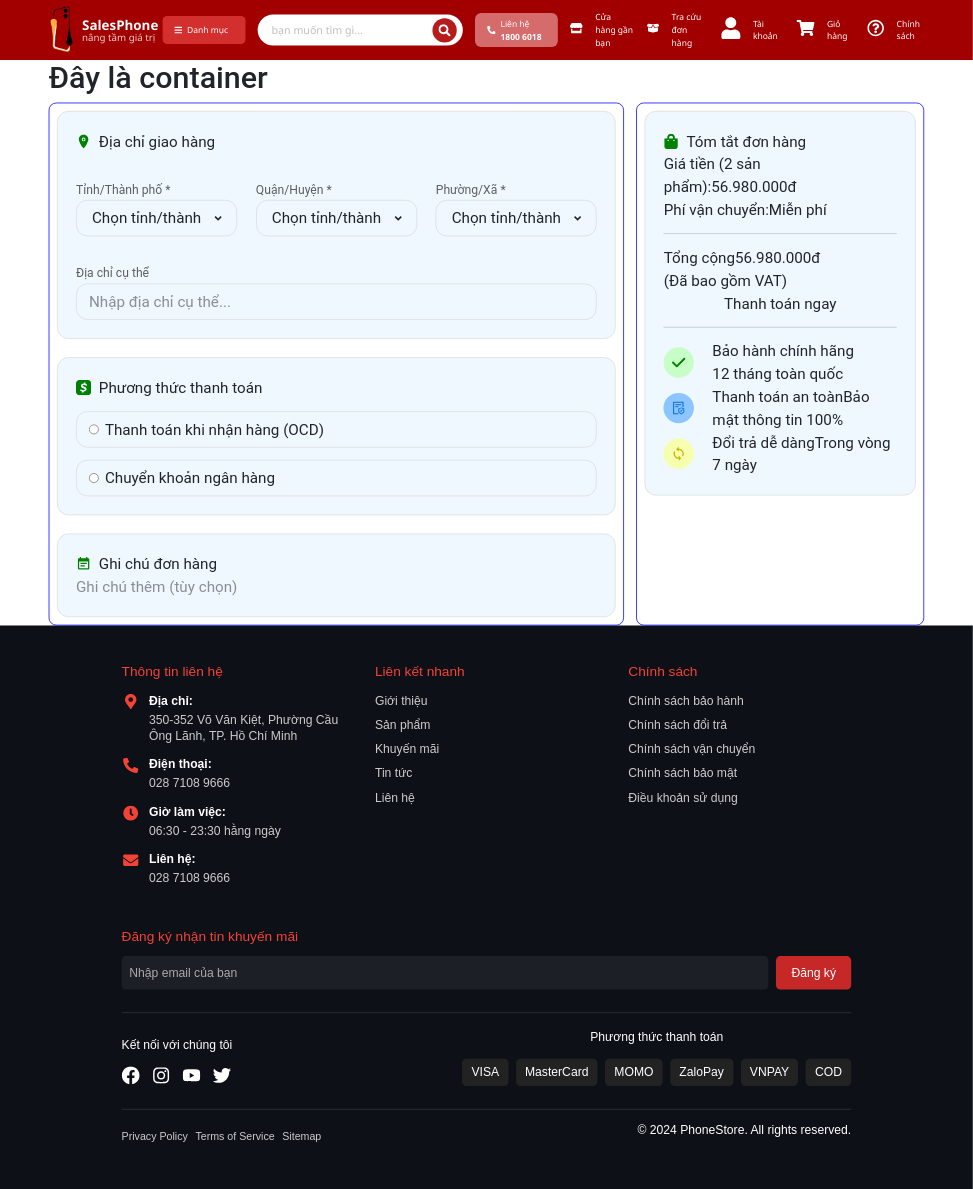
Repository: nguyenhuuluanTTB/cn-da22ttb-nguyenhuuluan-website_salesphone-nextjs_nodejs
Page: /order (app in Project_SalesPhone/client/salesphone/)
The author's editor kept a copy of each file at every save. The page is drawn from the files as they stood at one save, then again after the next save.
The browser window is 1280 px wide. The pictures show the whole page, at 76% of full size.
The project was rebuilt for these pictures with package versions that can differ from the ones it lists, and the page was loaded fresh each time. The framework's server and built-in components were replaced by stand-ins that run in the browser. Also part of the build but not shown: Project_SalesPhone/client/salesphone/next.config.ts.

Above is the page before, as saved 2025-12-02 01:24:28.

### Project_SalesPhone/client/salesphone/app/layout.tsx

import "./globals.css";
import Header from "./components/Header/Header";
import Footer from "./components/Footer/Footer";


import 'bootstrap/dist/css/bootstrap.min.css';


export const metadata = {
  title: "SalesPhone",
  description: "Website bán điện thoại",
};

export default function RootLayout({
  children,
}: {
  children: React.ReactNode;
}) {
  return (
    <html lang="vi">
      <body>
        {/* Thêm Header ở đây */}
        <Header />

        {/* Nội dung trang */}
        {children}
        <Footer />
      </body>
    </html>
  );
}

### Project_SalesPhone/client/salesphone/app/components/Header/Header.tsx
import Link from "next/link";
import Image from "next/image";
import { FaBars, FaPhoneAlt, FaStore, FaBoxOpen, FaUser, FaShoppingCart, FaSearch, FaRegQuestionCircle } from "react-icons/fa";
import styles from "./Header.module.scss";
import logo from "./asset/logo.png";

export default function Header () {
    return(
        <header className={styles.header}>

        <div className={styles.container}>
        {/* Logo */}
        <div className={styles.logo_category}>

            {/* Danh mục */}
            <button className={styles.categoryBtn}>
                <FaBars />
                <span>Danh mục</span>
            </button>

             <div className={styles.logo}>
                <Image src={logo} alt="SalesPhone Logo" width={40} height={40} />
                <div className={styles.logoText}>
                    <span className={styles.brand}>SalesPhone</span>
                    <span className={styles.slogan}>nâng tầm giá trị</span>
                </div>


            </div>

             <Link href="#" className={`${styles.navItem} ${styles.giohang}`}>
                  <FaShoppingCart />
            </Link>

        </div>




        {/* Ô tìm kiếm */}
        <div className={styles.searchBox}>
          <input type="text" placeholder="bạn muốn tìm gì..." />
          <button className={styles.searchBtn}>
            <FaSearch />
          </button>
        </div>

        {/* Liên hệ */}
        <div className={styles.contact}>
          <FaPhoneAlt />
          <div>
            <span>Liên hệ</span> <br/>
            <strong>1800 6018</strong>
          </div>
        </div>



        {/* Các icon chức năng */}
        <nav className={styles.nav}>
          <Link href="#" className={`${styles.navItem} ${styles.cuahangganban}`}>
            <FaStore />
            <span>Cửa hàng gần bạn</span>
          </Link>
          <Link href="#" className={`${styles.navItem} ${styles.tracuudonhang}`}>
            <FaBoxOpen />
            <span>Tra cứu đơn hàng</span>
          </Link>
          <Link href="#" className={`${styles.navItem} ${styles.taikhoan}`}>
            <FaUser />
            <span>Tài khoản</span>
          </Link>
          <Link href="#" className={`${styles.navItem} `}>
            <FaShoppingCart />
            <span>Giỏ hàng</span>
          </Link>
          <Link href="#" className={`${styles.navItem} ${styles.chinhsach}`}>
            <FaRegQuestionCircle />
            <span>Chính sách</span>
          </Link>
        </nav>
      </div>



        </header>



    );
}

### Project_SalesPhone/client/salesphone/app/components/Footer/Footer.tsx
import React from "react";
import styles from "./Footer.module.scss";


import {
  FaFacebook ,
  FaInstagram,
  FaYoutube,
  FaTwitter,
  FaMapMarkerAlt,
  FaPhoneAlt,
  FaClock,
  FaEnvelope,
} from "react-icons/fa";

export default function Footer() {
  return (
    <footer className={styles.footer}>
      <div className={styles.container}>
        {/* --- Thông tin liên hệ --- */}
        <div className={styles.column}>
          <h3 className={styles.title}>Thông tin liên hệ</h3>

          <div className={styles.infoItem}>
            <FaMapMarkerAlt className={styles.icon} />
            <div>
              <strong>Địa chỉ:</strong>
              <p>350-352 Võ Văn Kiệt, Phường Cầu Ông Lãnh, TP. Hồ Chí Minh</p>
            </div>
          </div>

          <div className={styles.infoItem}>
            <FaPhoneAlt className={styles.icon} />
            <div>
              <strong>Điện thoại:</strong>
              <p>028 7108 9666</p>
            </div>
          </div>

          <div className={styles.infoItem}>
            <FaClock className={styles.icon} />
            <div>
              <strong>Giờ làm việc:</strong>
              <p>06:30 - 23:30 hằng ngày</p>
            </div>
          </div>

          <div className={styles.infoItem}>
            <FaEnvelope className={styles.icon} />
            <div>
              <strong>Liên hệ:</strong>
              <p>028 7108 9666</p>
            </div>
          </div>
        </div>

        {/* --- Liên kết nhanh --- */}
        <div className={styles.column}>
          <h3 className={styles.title}>Liên kết nhanh</h3>
          <ul>
            <li>Giới thiệu</li>
            <li>Sản phẩm</li>
            <li>Khuyến mãi</li>
            <li>Tin tức</li>
            <li>Liên hệ</li>
          </ul>
        </div>

        {/* --- Chính sách --- */}
        <div className={styles.column}>
          <h3 className={styles.title}>Chính sách</h3>
          <ul>
            <li>Chính sách bảo hành</li>
            <li>Chính sách đổi trả</li>
            <li>Chính sách vận chuyển</li>
            <li>Chính sách bảo mật</li>
            <li>Điều khoản sử dụng</li>
          </ul>
        </div>

        {/* --- Đăng ký nhận tin --- */}
        <div className={styles.column}>
          <h3 className={styles.title}>Đăng ký nhận tin khuyến mãi</h3>
          <div className={styles.subscribe}>
            <input type="email" placeholder="Nhập email của bạn" />
            <button>Đăng ký</button>
          </div>
        </div>
      </div>

      {/* --- Mạng xã hội --- */}
      <div className={styles.social_payment}>
          <div className={styles.social}>
            <p>Kết nối với chúng tôi</p>
            <div style={{display: 'flex', flexDirection: 'row', gap: '1rem', fontSize: '18pt'}}>
              <FaFacebook  />
              <FaInstagram />
              <FaYoutube />
              <FaTwitter />
            </div>

          </div>

          {/* --- Phương thức thanh toán --- */}
          <div className={styles.payment}>
            <p>Phương thức thanh toán</p>
            <div className={styles.methods}>
              <span>VISA</span>
              <span>MasterCard</span>
              <span>MOMO</span>
              <span>ZaloPay</span>
              <span>VNPAY</span>
              <span>COD</span>
            </div>
          </div>
      </div>


      {/* --- Footer bottom --- */}
      <div className={styles.bottom}>
        <p>© 2024 PhoneStore. All rights reserved.</p>
        <div className={styles.links}>
          <a href="#">Privacy Policy</a>
          <a href="#">Terms of Service</a>
          <a href="#">Sitemap</a>
        </div>
      </div>
    </footer>
  );
}

### Project_SalesPhone/client/salesphone/app/order/order.module.scss
.order{
    font-family: 'Roboto', sans-serif;
    padding: 0 4rem;
}


.gridContainer{
    display: grid;
    grid-template-columns: minimax(450, 2fr) minimax(200px, 1fr);
    gap: 1rem;
    min-width: 320px;
    margin: 0 auto;

    grid-template-areas: "item1 item2";
}

.item:nth-child(1) {grid-area: item1;}
.item:nth-child(2) {grid-area: item2;}

.item{
    font-size: 20px;
    padding: 10px;
    border-radius: 10px;
    min-width: 200px;
    border: 1px solid blue;
}

@media (max-width: 1600px) {
  .gridContainer {
    // grid-template-columns: repeat(2, 1fr);
    grid-template-columns: minmax(450px, 2fr) minmax(200px, 1fr);
    grid-template-areas:
      "item1 item2";
  }
}

@media (max-width: 1200px) {
    .gridContainer{
        grid-template-columns: 1fr;
        grid-template-areas:
            "item1"
            "item2";
    }
}

.item1{
    gap: 1.5rem;
    display: flex;
    flex-direction: column;
}


.diachigiaohang{
    display: flex;
    flex-direction: row;
    justify-content: space-between;
    margin: 2rem 0;
}

.title_location{
    display: flex;
    flex-direction: row;
    align-items: center;
    gap: 10px;
}

.thongtindiachi{
    background-color: aliceblue;
    border: solid 1px gainsboro;
    padding: 1.5rem;
    border-radius: 15px;
}

.tinh, .quan, .phuong{
    border: solid 1px gainsboro;
    padding: 0.5rem 1rem;
    border-radius: 15px;
}

.diachicuthe{
    border: solid 1px gainsboro;
    padding: 0.5rem 1rem;
    border-radius: 15px;
    width: 100%;
}

//Phần lựa chọn thanh toán
.typecash{
    display: flex;
    border-radius: 15px;
    padding: 0.5rem 1rem;
    border: solid 1px gainsboro;
    gap: 0.5rem;
}

.luachonthanhtoan{
    margin-top: 1rem;
    gap: 1rem;
    display: flex;
    flex-direction: column;
}


//đơn hàng
.donhang{
    display: flex;
    flex-direction: column;
    background-color: aliceblue;
    border: solid 1px gainsboro;
    padding: 1.5rem;
    border-radius: 15px;
}




.baohanh, .ttat, .doitra{
    display: flex;
    flex-direction: row;
    align-items: center;
    justify-content: start;
    gap: 1.5rem;

    .baohanh_icon{
        color: green;
        background: rgb(199, 254, 199);
        border-radius: 20px;
        padding: 10px;
    }

    .baohanh_content{
        flex-direction: column;
        display: flex;
    }
}

.ttat_icon{
    color: rgb(0, 111, 221);
    background: rgb(140, 197, 255);
    border-radius: 20px;
    padding: 10px;
}

.doitra_icon{
    color: rgb(200, 184, 1);
    background: rgb(245, 255, 173);
    border-radius: 20px;
    padding: 10px;
}

### Project_SalesPhone/client/salesphone/app/components/Header/Header.module.scss
.header {
  background-color: #a20000;
  color: white;
  padding: 8px 20px;
  font-family: "Segoe UI", sans-serif;
}

.container {
  max-width: 1200px; /* Giới hạn chiều rộng */
  margin: 0 auto; /* Căn giữa */
  display: flex;
  align-items: center;
  justify-content: space-between;
  gap: 16px;
  padding: 0 20px; /* thêm khoảng trống 2 bên */
}


.logo {
  display: flex;
  align-items: center;
  gap: 8px;

  .logoText {
    display: flex;
    flex-direction: column;
    line-height: 1.1;

    .brand {
      font-size: 1.1rem;
      font-weight: bold;
    }

    .slogan {
      font-size: 0.8rem;
      opacity: 0.8;
    }
  }
}

.logo_category{
    display: flex;
    align-items: center;
}


.categoryBtn {
  display: flex;
  align-items: center;
  gap: 6px;
  background-color: #d32f2f;
  border: none;
  color: white;
  padding: 10px 15px;
  border-radius: 6px;
  cursor: pointer;
  font-size: 0.7rem;
  margin-left: 30px;
  width: 125px;
  &:hover {
    background-color: #b71c1c;
  }
}

.searchBox {
  display: flex;
  align-items: center;
  background: #fff;
  border-radius: 9999px; /* Bo tròn */
  padding: 4px 8px;
  width: 350px;
  transition: all 0.2s ease;
  color: gray;
  input {
    flex: 1;
    border: none;
    outline: none;
    font-size: 14px;
    padding: 6px 10px;
    background: transparent;
  }

  button {
    border: none;
    background: #b71c1c; /* màu đỏ chủ đạo */
    color: white;
    border-radius: 50%;
    width: 32px;
    height: 32px;
    display: flex;
    align-items: center;
    justify-content: center;
    cursor: pointer;
    transition: background 0.2s ease;
  }

  button:hover {
    background: #d32f2f; /* đỏ sáng hơn khi hover */
  }

  &:focus-within {
    box-shadow: 0 0 0 2px #ffcdd2; /* hiệu ứng khi nhập */
  }
}


.contact {
  display: flex;
  align-items: center;
  gap: 6px;
  background-color: #d66b6b;
  border-radius: 8px;
  padding: 6px 16px;
  width: 140px;
  font-size: 0.7rem;

  strong {
    display: block;
  }
}

.nav {
  display: flex;
  align-items: center;
  gap: 18px;

  .navItem {
    display: flex;
    flex-direction: row;
    align-items: center;
    color: white;
    font-size: 0.7rem;
    text-decoration: none;
    transition: opacity 0.2s;
    gap: 1rem;

    svg {
      font-size: 2rem;
      margin-bottom: 4px;
    }

    &:hover {
      opacity: 0.8;
    }

  }
}

.giohang svg{
  display: none;
}

.logo_category{
  display: flex;
  flex-direction: row-reverse;
}

/* --------------------------- */
/* RESPONSIVE - MOBILE VERSION */
/* --------------------------- */

@media (max-width: 1095px) {
  .container {
    flex-wrap: wrap;
    justify-content: space-between;
    gap: 12px;
  }

  .categoryBtn span {
    display: none; /* Ẩn chữ Danh mục */
  }

  .contact,
  .nav {
    display: none; /* Ẩn các phần không cần ở mobile */
  }

  .searchBox {
    width: 100%;
    order: 3; /* Đưa xuống hàng dưới cùng */
    max-width: none;
  }

  .logo {
    flex: 1;
    justify-content: center;
  }

  .categoryBtn,
  .logo,
  .navItem:last-child {
    flex-shrink: 0;
  }

  /* Giỏ hàng giữ bên phải */
  .nav {
    display: flex;
    justify-content: flex-end;
    flex: 1;
  }

  .navItem span {
    display: none; /* Ẩn chữ, chỉ giữ icon */
  }

  .navItem svg {
    font-size: 1.4rem;
  }

  .logo_category{
      width: 100%;
      display: flex;
      align-items: center;
      flex-direction: row;
  }

  .navItem svg{
    display: none;
  }

  .categoryBtn{
    width: 50px;
    height: 50px;
    font-size: 1.3rem;
  }

  .cuahangganban svg, .tracuudonhang svg, .taikhoan svg, .chinhsach svg{
    display: none;
  }

  .giohang svg{
    display: block;
    font-size: 2rem;
  }

  .categoryBtn {
    margin-left: 0;
  }
}

### Project_SalesPhone/client/salesphone/app/components/Footer/Footer.module.scss
.footer {
  background-color: #0d1117;
  color: #fff;
  padding: 50px 10rem;
  font-family: sans-serif;
}

.container {
  display: flex;
  flex-wrap: wrap;
  justify-content: space-between;
  gap: 40px;
  border-bottom: 1px solid #333;
  padding-bottom: 30px;
}

.column {
  flex: 1;
  min-width: 240px;
}

.title {
  color: #f44336;
  font-size: 18px;
  margin-bottom: 15px;
}

/* --- Thông tin liên hệ --- */
.infoItem {
  display: flex;
  align-items: flex-start;
  gap: 12px;
  margin-bottom: 12px;
}

.icon {
  font-size: 20px;
  color: #f44336;
  min-width: 24px;
  margin-top: 3px;
}

.infoItem p {
  margin: 2px 0;
  color: #ccc;
  line-height: 1.4;
}

/* --- Liên kết --- */
.column ul {
  list-style: none;
  padding: 0;
}

.column ul li {
  margin: 8px 0;
  cursor: pointer;
  transition: color 0.2s ease;
  color: #ccc;
}

.column ul li:hover {
  color: #f44336;
}

/* --- Đăng ký --- */
.subscribe {
  display: flex;
  gap: 10px;
  margin-top: 10px;
}

.subscribe input {
  flex: 1;
  padding: 10px;
  border: none;
  border-radius: 6px;
  background: #1c1f26;
  color: #fff;
}

.subscribe input::placeholder {
  color: #aaa;
}

.subscribe button {
  background-color: #c62828;
  color: #fff;
  border: none;
  padding: 10px 20px;
  border-radius: 6px;
  cursor: pointer;
  transition: background 0.3s;
}

.subscribe button:hover {
  background-color: #e53935;
}

.social_payment{
    display: flex;
    flex-direction: row;
    justify-content: space-between;
}

/* --- Mạng xã hội --- */
.social {
  text-align: center;
  margin-top: 30px;
}

.icons {
  display: flex;
  justify-content: center;
  gap: 15px;
  margin-top: 10px;

}

.icons svg {
  background: #222;
  padding: 10px;
  border-radius: 50%;
  font-size: 18px;
  cursor: pointer;
  transition: all 0.3s ease;
}

.icons svg:hover {
  background: #f44336;
  transform: scale(1.1);
}

/* --- Thanh toán --- */
.payment {
  text-align: center;
  margin-top: 20px;
}

.methods {
  display: flex;
  justify-content: center;
  flex-wrap: wrap;
  gap: 10px;
  margin-top: 10px;
}

.methods span {
  background: #222;
  padding: 6px 12px;
  border-radius: 6px;
}

/* --- Dưới cùng --- */
.bottom {
  border-top: 1px solid #333;
  margin-top: 30px;
  padding-top: 15px;
  display: flex;
  flex-direction: row-reverse;
  justify-content: space-between;
  align-items: center;
  gap: 5px;
}

.links {
  display: flex;
  gap: 10px;
}

.links a {
  color: #ccc;
  text-decoration: none;
  font-size: 14px;
  transition: color 0.2s ease;
}

.links a:hover {
  color: #f44336;
}

/* --- Responsive --- */
@media (max-width: 768px) {
  .container {
    flex-direction: column;
  }

  .subscribe {
    flex-direction: column;
  }

  .subscribe input,
  .subscribe button {
    width: 100%;
  }

  .methods {
    flex-wrap: wrap;
  }

  .infoItem {
    align-items: flex-start;
  }
}

Loaded but not shown: Project_SalesPhone/client/salesphone/app/globals.css (common file); Project_SalesPhone/client/salesphone/app/order/page.tsx (161 lines, source omitted)

After the next save:
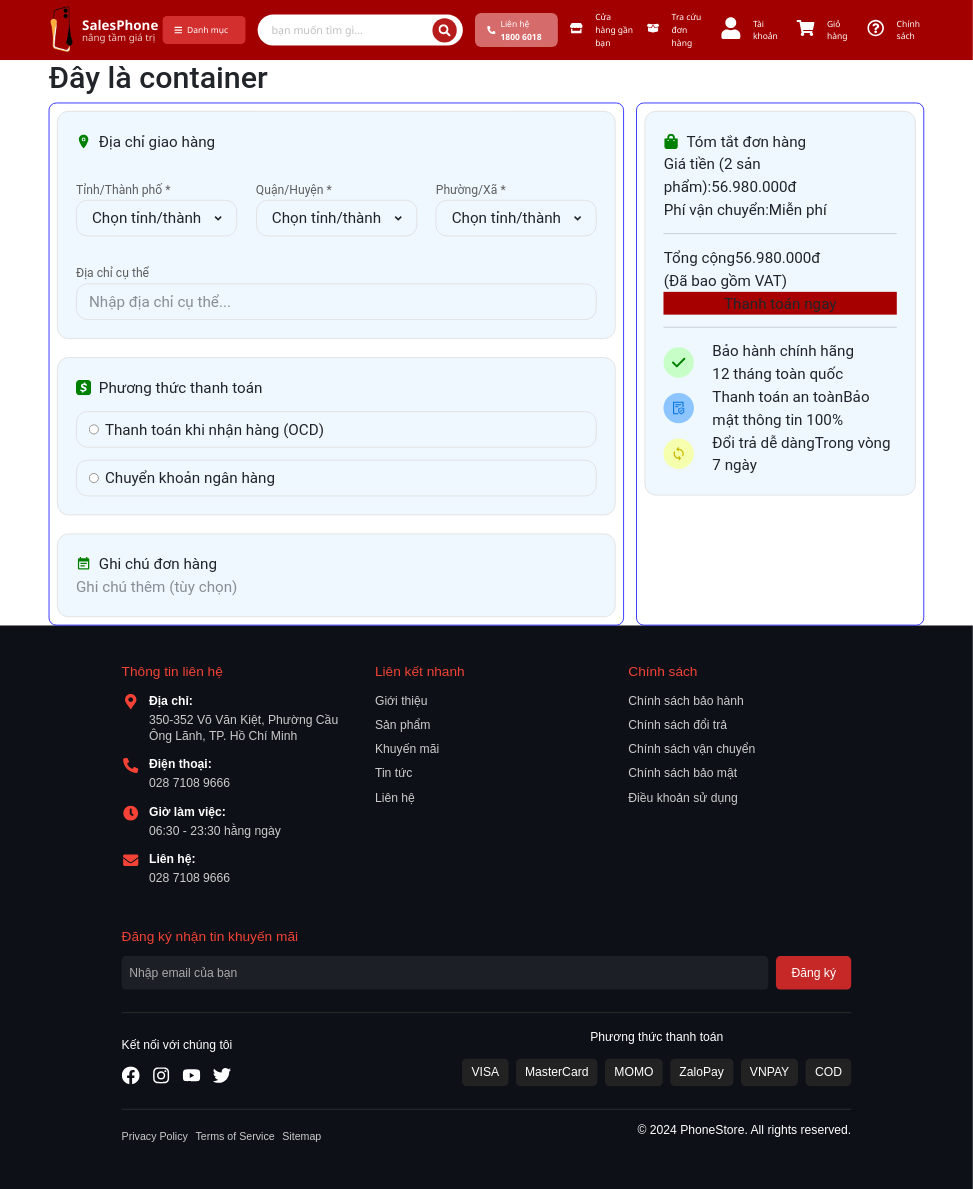
Saved 40 s later.
--- a/Project_SalesPhone/client/salesphone/app/order/order.module.scss
+++ b/Project_SalesPhone/client/salesphone/app/order/order.module.scss
@@ -109,6 +109,10 @@
     border: solid 1px gainsboro;
     padding: 1.5rem;
     border-radius: 15px;
+
+    button{
+        background-color: #A70000;
+    }
 }
 
 
